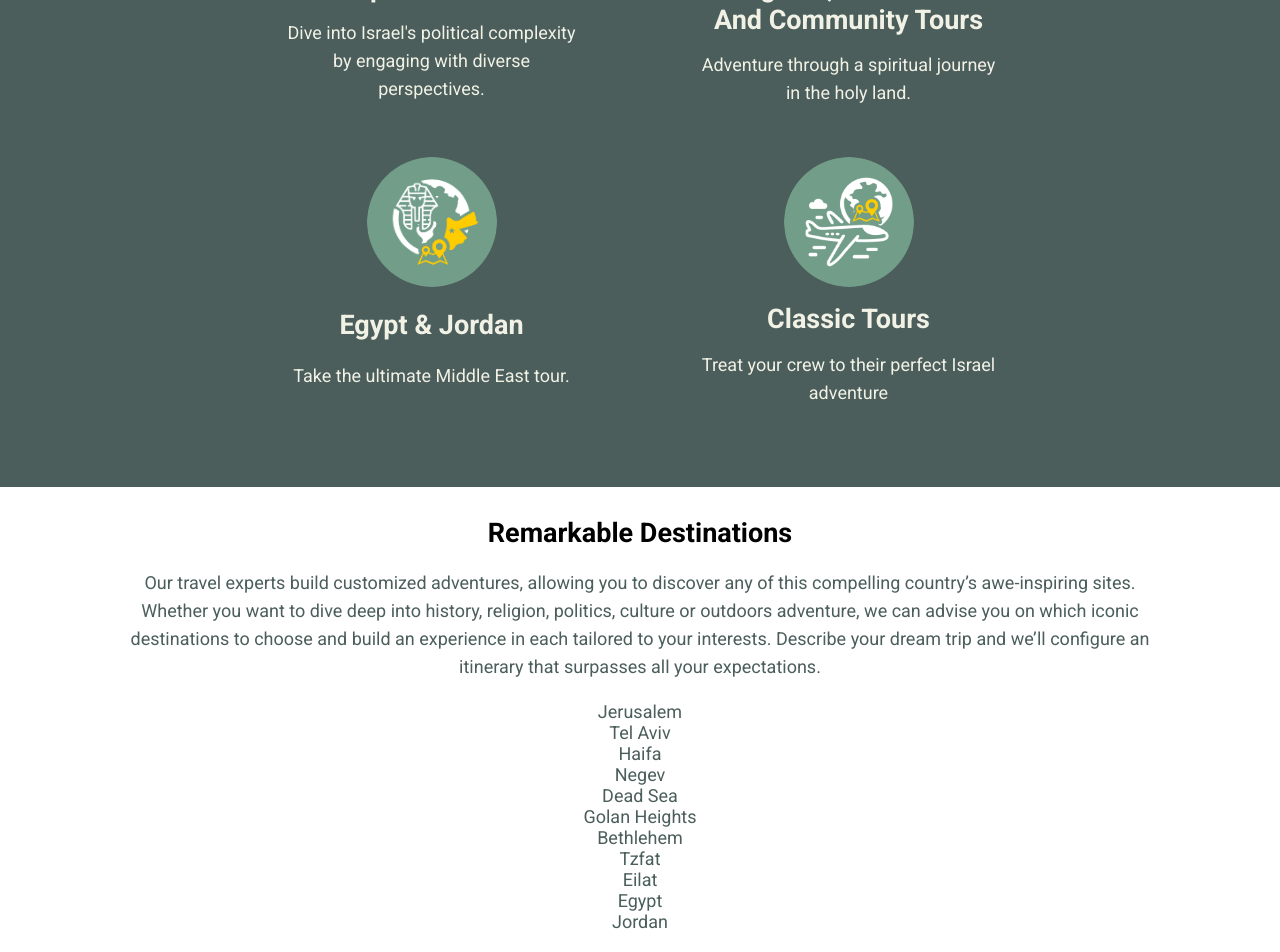
Repository: Pafestivo/realIsraelTours
Page: / (app in frontend/)
The author's editor kept a copy of each file at every save. The page is drawn from the files as they stood at one save, then again after the next save.
The browser window is 1280 px wide. The pictures show the part of the page from y = 1407 to 2359 px (the page is 2359 px tall before and 2149 px after).
The project was rebuilt for these pictures with package versions that can differ from the ones it lists, and the page was loaded fresh each time. The framework's server and built-in components were replaced by stand-ins that run in the browser. Also part of the build but not shown: frontend/next.config.js. Imported but missing from the stored project, and not drawn on this page: frontend/src/assets/videoBG.mp4.

Above is the page before, as saved 2023-09-20 16:43:52.

After the next save:
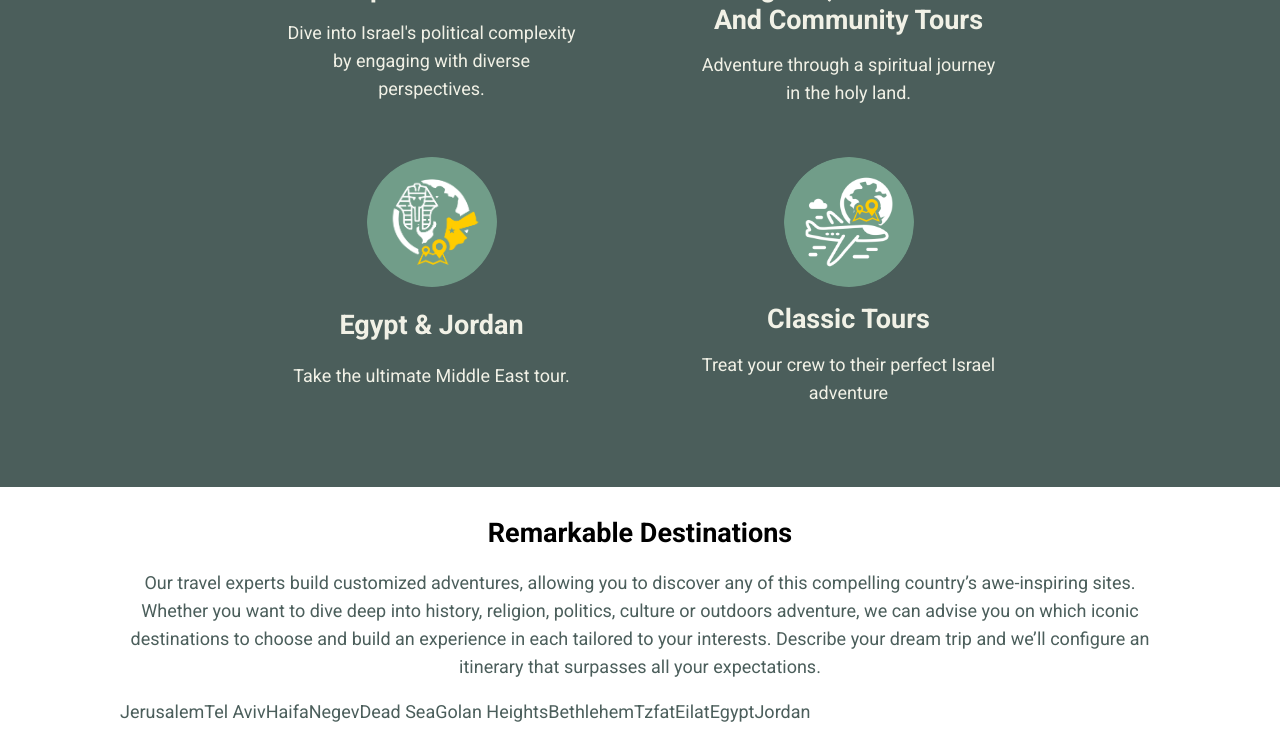
Saved 32 s later.
--- a/frontend/src/styles/destinations.css
+++ b/frontend/src/styles/destinations.css
@@ -9,3 +9,7 @@
 .destinations-div h1 {
   color: black;
 }
+
+.destinations-options {
+  display: flex
+}
